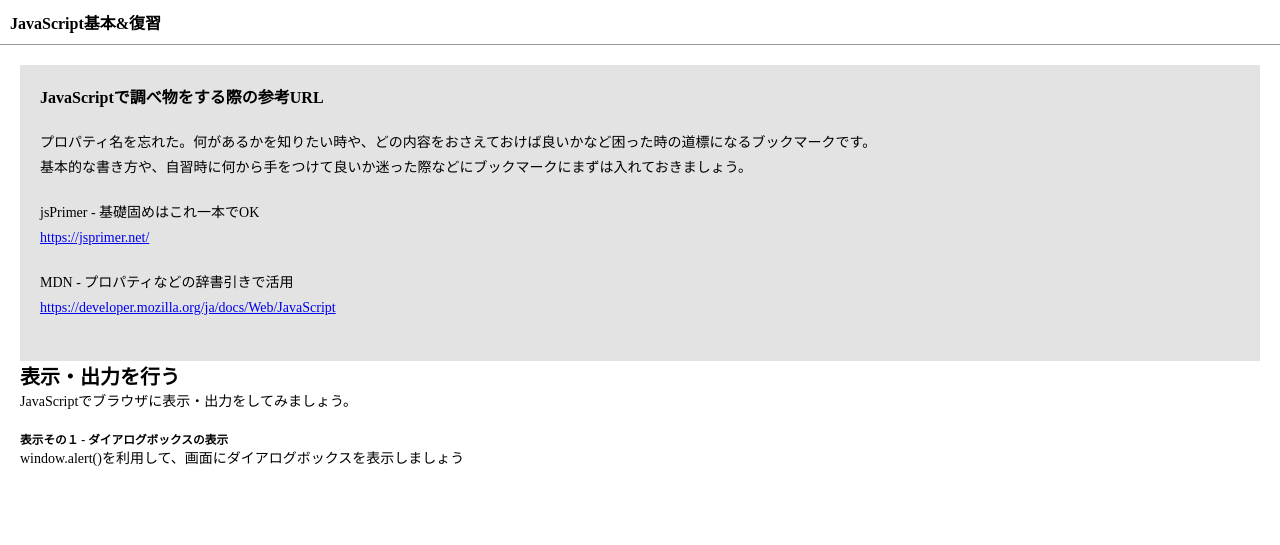
Repository: Yuto-Arakawa/study_js
Page: 01_basic/荒川/ara_basic01.html
An editor plug-in stored every save of this project. The page is shown before and after the next save, followed by the edit.
The browser window is 1280 px wide. The pictures show the whole page.

Above is the page before, as saved 2026-11-06 15:26:56.

After the next save:
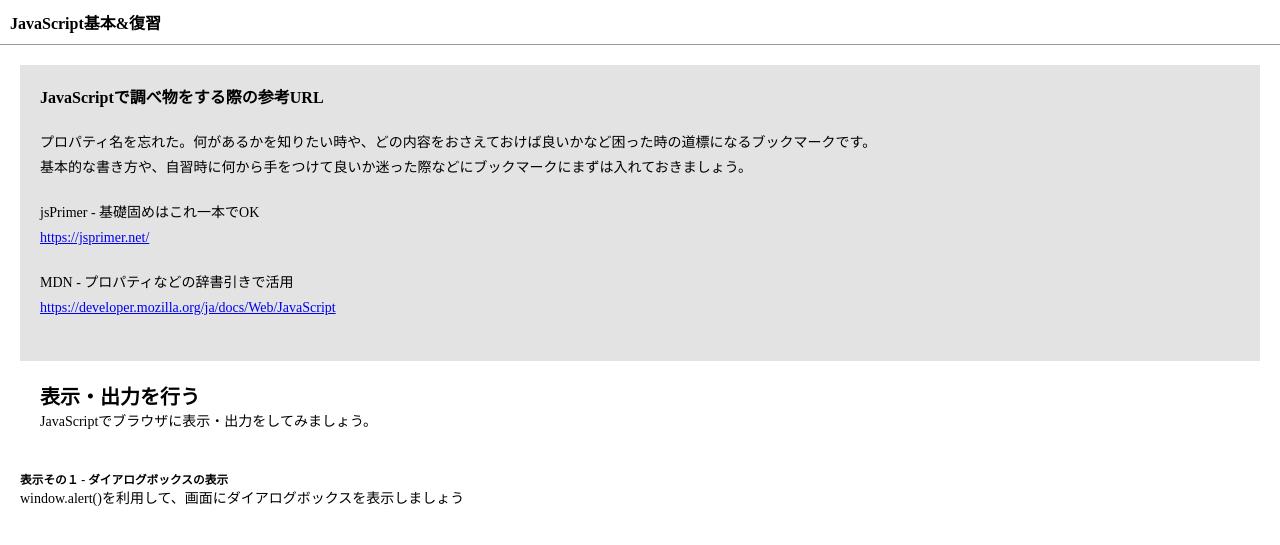
Saved 27 s later.
--- a/01_basic/荒川/css/basic01.css
+++ b/01_basic/荒川/css/basic01.css
@@ -28,6 +28,7 @@ main{
 }
 
 .output{
+    padding: 20px;
     h2{
         font-size: 20px;
     }
